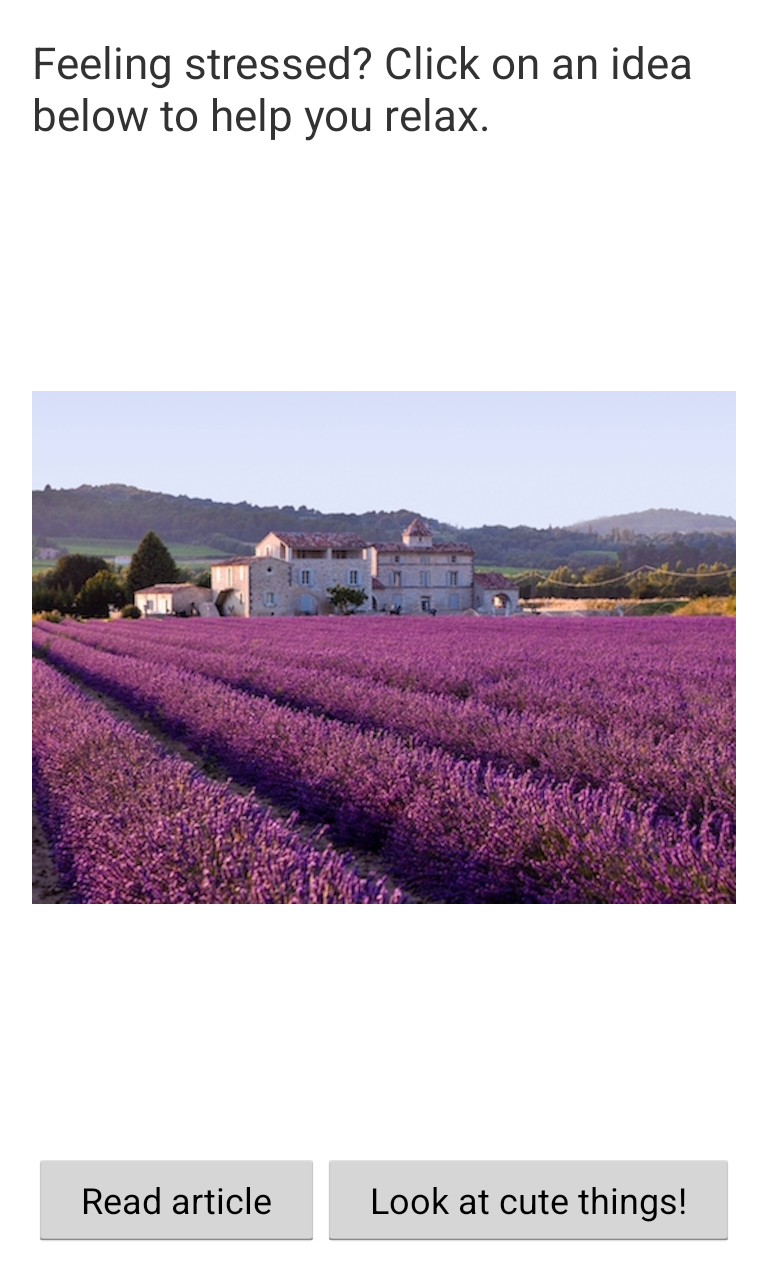
Repository: LSummers33/Apps101
Layout: Self-Care/res/layout/activity_main.xml
The author's editor kept a copy of each file at every save. The layout is drawn from the files as they stood at one save, then again after the next save.
It is drawn on a 768 x 1280 px phone screen (xhdpi) without system bars, with theme AppTheme; the app's code is not run.

Above is the layout before, as saved 2014-01-26 21:30:29.

After the next save:
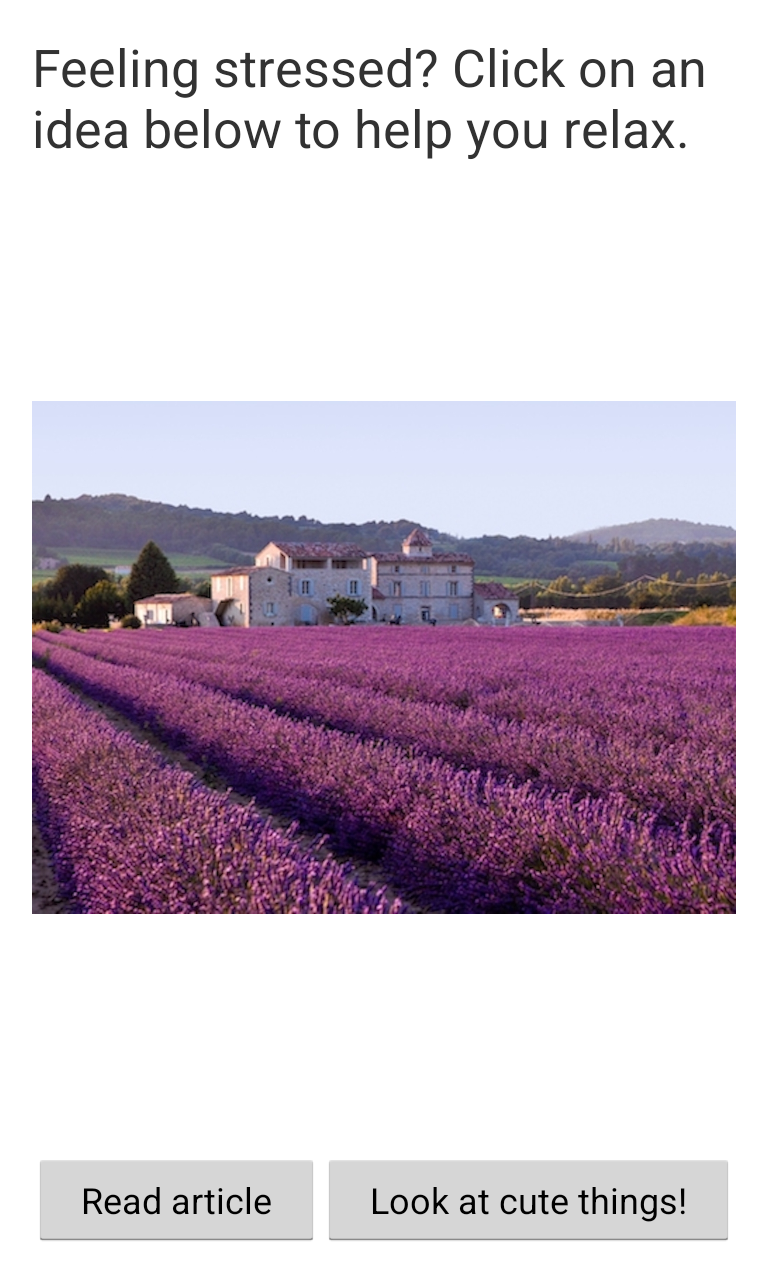
Saved 3 min 47 s later.
--- a/Self-Care/res/layout/activity_main.xml
+++ b/Self-Care/res/layout/activity_main.xml
@@ -14,7 +14,7 @@
         android:id="@+id/textView1"
         android:layout_width="wrap_content"
         android:layout_height="wrap_content"
-        android:textSize="22sp"
+        android:textSize="26sp"
         android:text="@string/hello_world" />
 
     <ImageView
